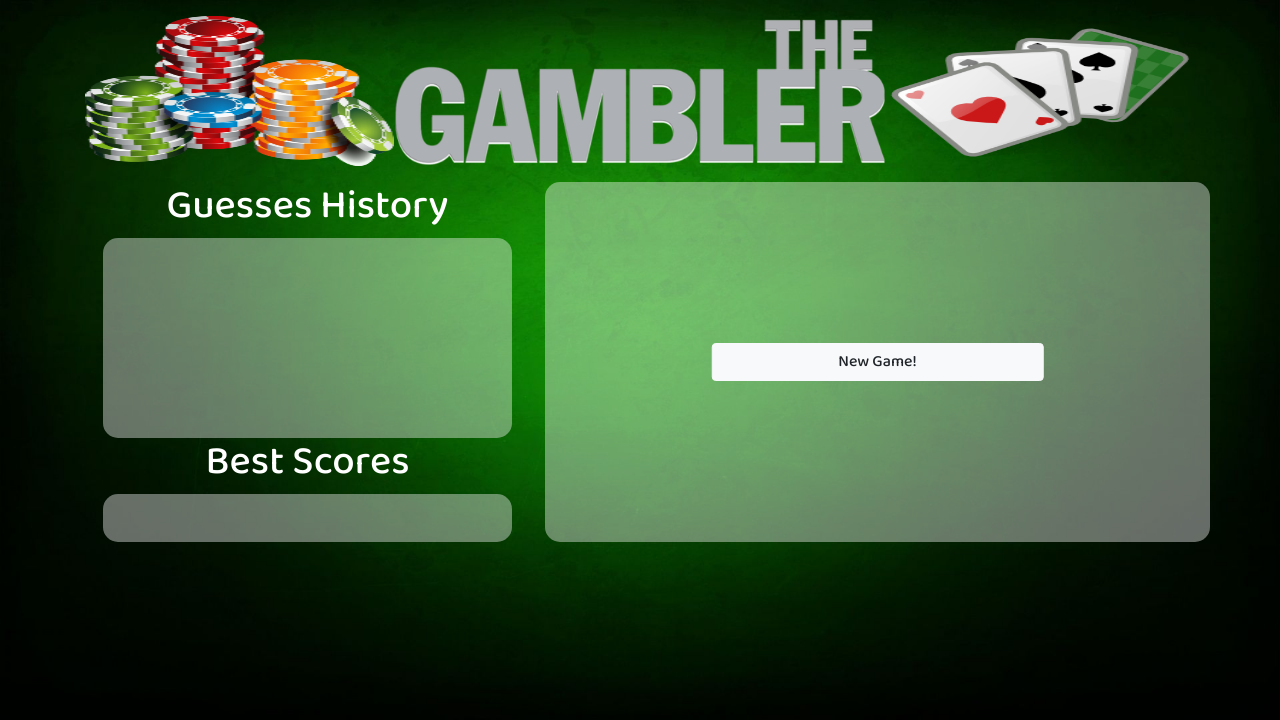
Repository: tts2610/NumberGuessingGame
Page: index.html
An editor plug-in stored every save of this project. The page is shown before and after the next save, followed by the edit.
The browser window is 1280 px wide. The pictures show the whole page.
Backgrounds fixed to the window are drawn as part of the page.

Above is the page before, as saved 2020-05-14 01:45:33.

After the next save:
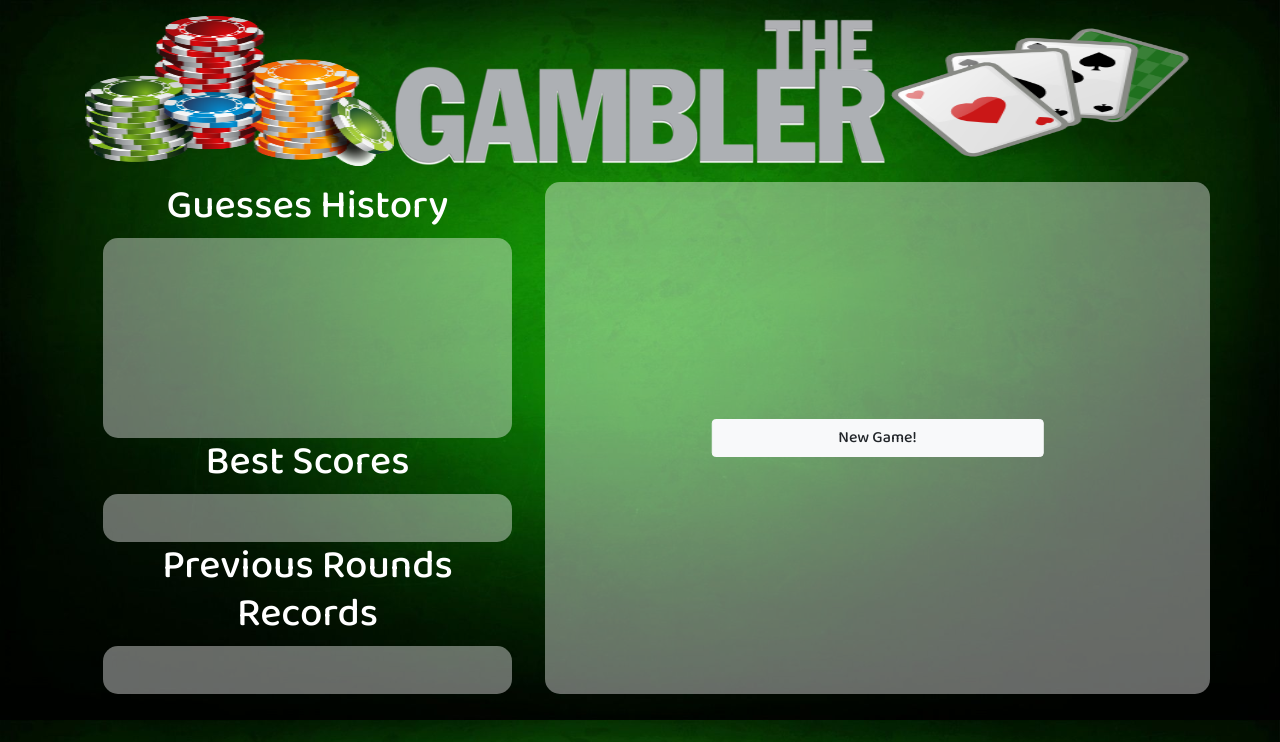
Saved 2 min 29 s later.
--- a/index.html
+++ b/index.html
@@ -44,6 +44,10 @@
                 <div class="row box-2 py-4 px-4" id="ranking">
 
                 </div>
+                <h1 style="text-align: center;">Previous Rounds Records</h1>
+                <div class="row box-2 py-4 px-4" id="ranking">
+
+                </div>
             </div>
             <div class="col-7 right_handSide px-5">
                 <button onclick="startGame()" class="btn btn-light" id="startGameBtn">New Game!</button>
